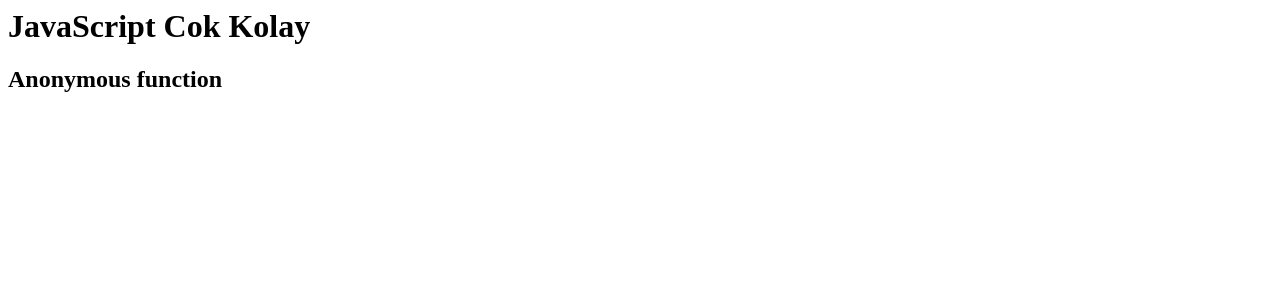
Repository: onerdogan/CypressProject-JS
Page: index.html
These files come from the project's save history. The page is drawn as it stood at one moment and after the next save; the edit follows.
The browser window is 1280 px wide. The pictures show the whole page.

Above is the page before, as saved 2021-11-26 16:21:41.

### index.html
<html lang="en">
  <head>
    <title>*****JavaScript*****</title>
  </head>
  <body>
    <h1>JavaScript Cok Kolay</h1>
    <h2>Anonymous function</h2>
    <script src="app.js"></script>
  </body>
</html>

### app.js
//OBJECT{}

After the next save:
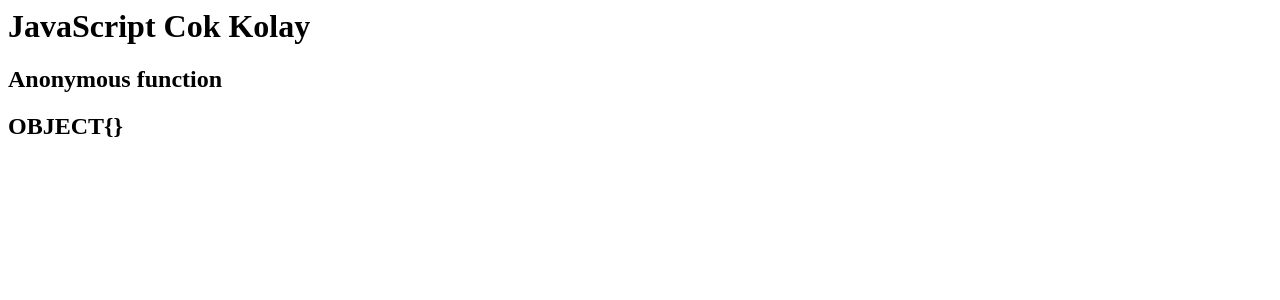
Saved 13 s later.
--- a/index.html
+++ b/index.html
@@ -5,6 +5,7 @@
   <body>
     <h1>JavaScript Cok Kolay</h1>
     <h2>Anonymous function</h2>
+    <h2>OBJECT{}</h2>
     <script src="app.js"></script>
   </body>
 </html>
